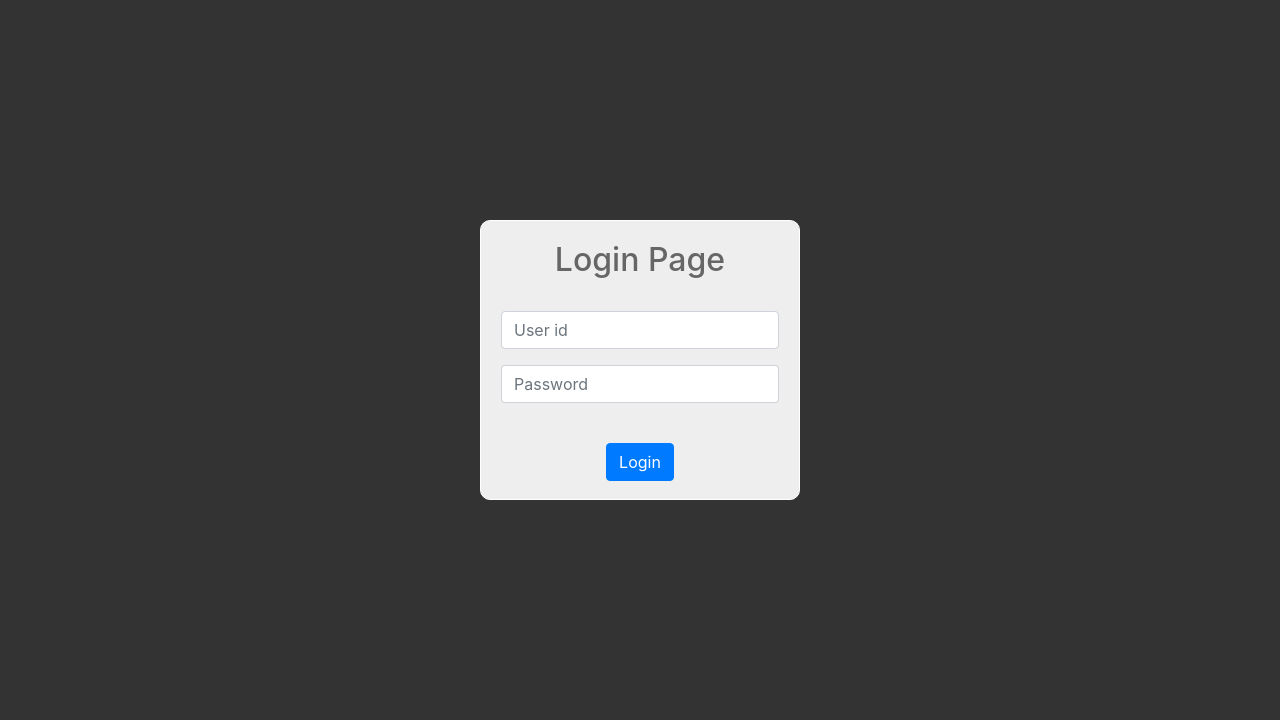
Repository: rkmr039/EMS_PROJECT
Page: EMS/WebContent/login2.html
These files come from the project's save history. The page is drawn as it stood at one moment and after the next save; the edit follows.
The browser window is 1280 px wide. The pictures show the whole page.

Above is the page before, as saved 2019-08-30 06:37:02.
Console error: TypeError: Cannot read properties of undefined (reading 'fn')

After the next save:
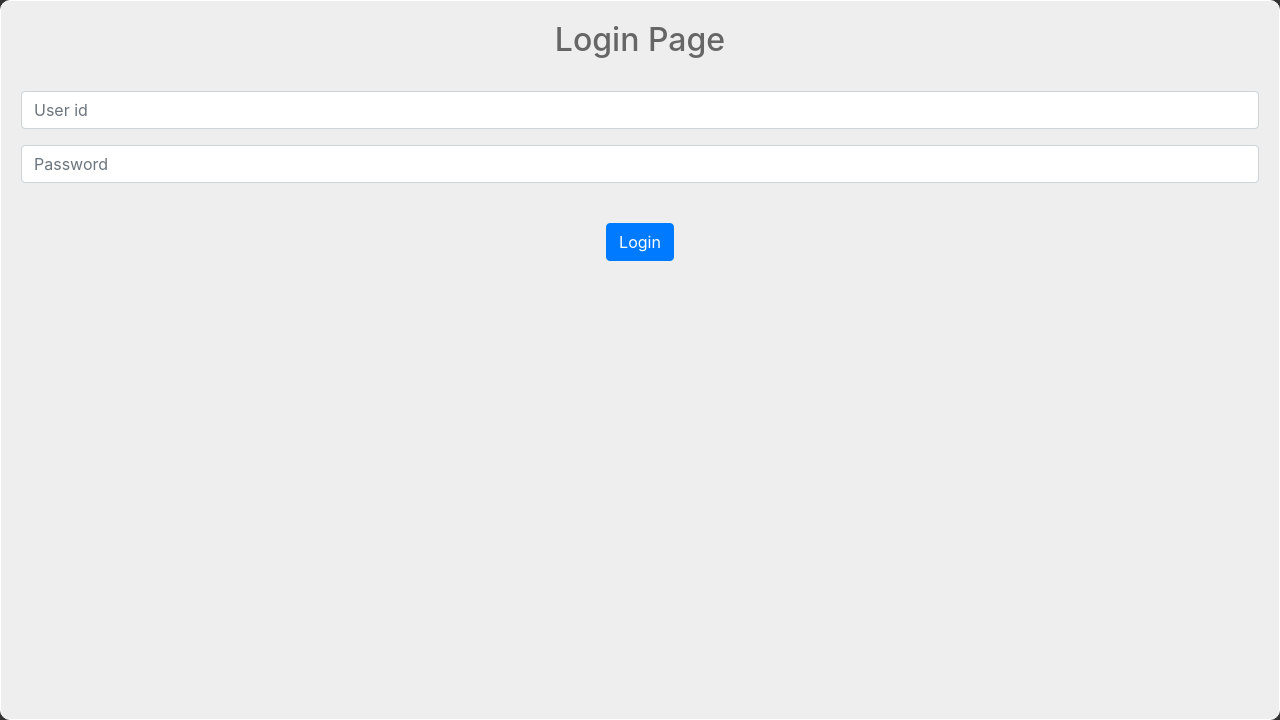
Saved 20 min 8 s later.
--- a/EMS/WebContent/login2.html
+++ b/EMS/WebContent/login2.html
@@ -26,8 +26,6 @@ body {
     right: 0;
     bottom: 0;
     left: 0;
-    width: 320px;
-    height: 280px;
 }
 .align-center {
     text-align:center;
